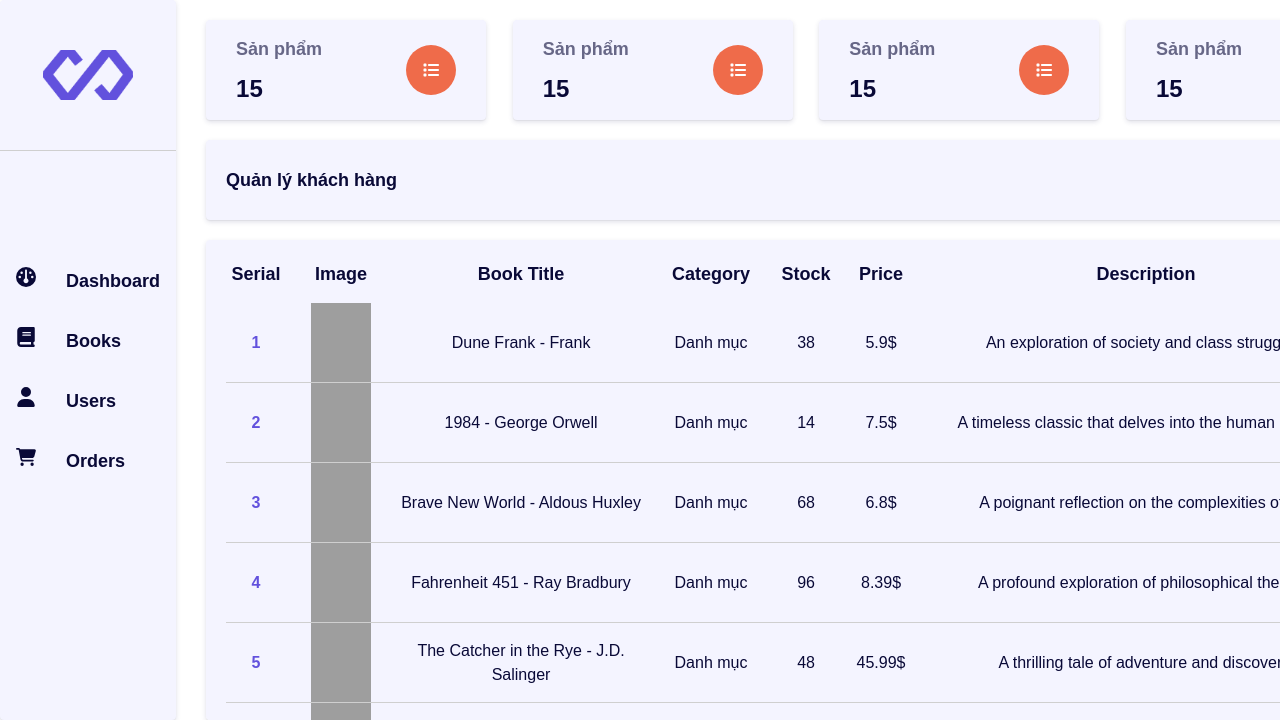
Repository: kauittt/BookStore_FE
Page: / (app in book-store/)
The author's editor kept a copy of each file at every save. The page is drawn from the files as they stood at one save, then again after the next save.
The browser window is 1280 px wide. The pictures show the whole page.
Pictures or frames that could not be fetched are drawn as grey boxes. An inner scrolling area shows only its first screen. The project was rebuilt for these pictures with package versions that can differ from the ones it lists, and the page was loaded fresh each time. Also part of the build but not shown: book-store/vite.config.js, book-store/src/components/elements/FormInput.jsx, book-store/src/components/login-signup/Login.jsx, book-store/src/components/book/BookItem.jsx, book-store/src/components/book/BookList.jsx, book-store/src/components/elements/BackNavigation.jsx, book-store/src/components/book/BookDetail.jsx, book-store/src/components/cart/QuantitySelector.jsx and 5 more.

Above is the page before, as saved 2024-07-20 13:54:54.

After the next save:
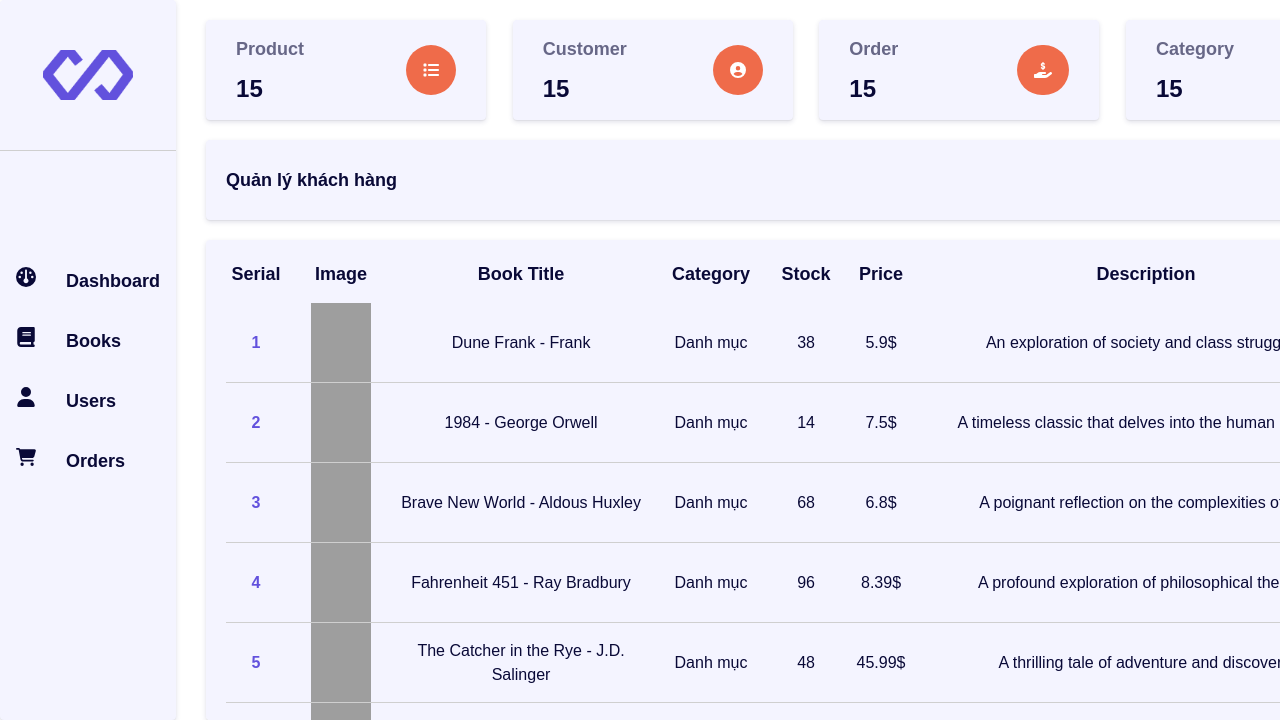
Saved 11 min 52 s later.
--- a/book-store/src/components/admin/AdminPage.jsx
+++ b/book-store/src/components/admin/AdminPage.jsx
@@ -26,10 +26,18 @@ const AdminPage = (props) => {
             <div className="flex flex-col gap-[20px] pt-[20px] pr-[20px]">
                 {/*//* Cards  */}
                 <div className="flex justify-between items-center ">
-                    <Card name="Sản phẩm" quantity={15} icon={faList}></Card>
-                    <Card name="Sản phẩm" quantity={15} icon={faList}></Card>
-                    <Card name="Sản phẩm" quantity={15} icon={faList}></Card>
-                    <Card name="Sản phẩm" quantity={15} icon={faList}></Card>
+                    <Card name="Product" quantity={15} icon={faList}></Card>
+                    <Card
+                        name="Customer"
+                        quantity={15}
+                        icon={faCircleUser}
+                    ></Card>
+                    <Card
+                        name="Order"
+                        quantity={15}
+                        icon={faHandHoldingDollar}
+                    ></Card>
+                    <Card name="Category" quantity={15} icon={faList}></Card>
                 </div>
 
                 {/*//* Title  */}
